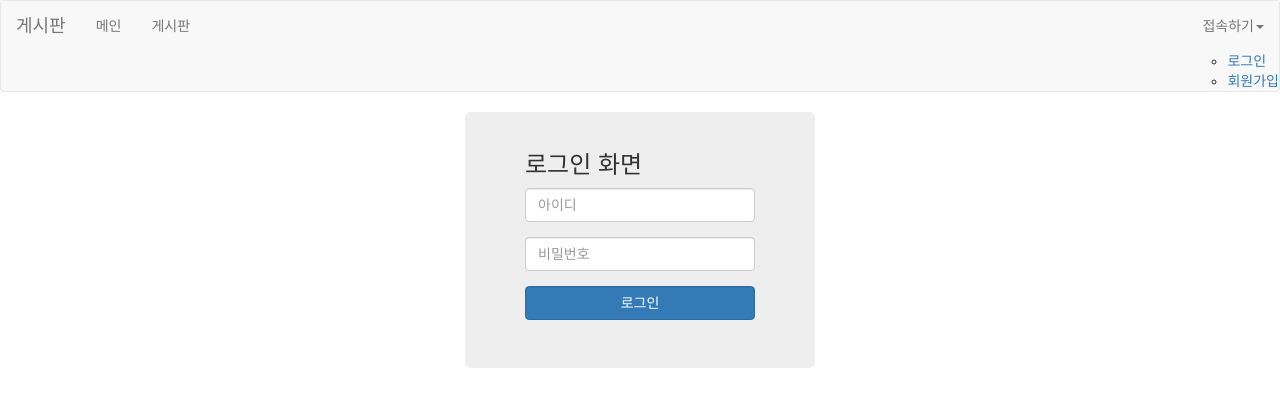
Repository: hojun324/myproject
Page: http://localhost/BBS/login.jsp
The author's editor kept a copy of each file at every save. The page is drawn from the files as they stood at one save, then again after the next save.
The browser window is 1280 px wide. The pictures show the whole page.
Some web libraries are served in a nearby version. The page is served by Tomcat 9.

Above is the page before, as saved 2021-04-16 08:39:31.

After the next save:
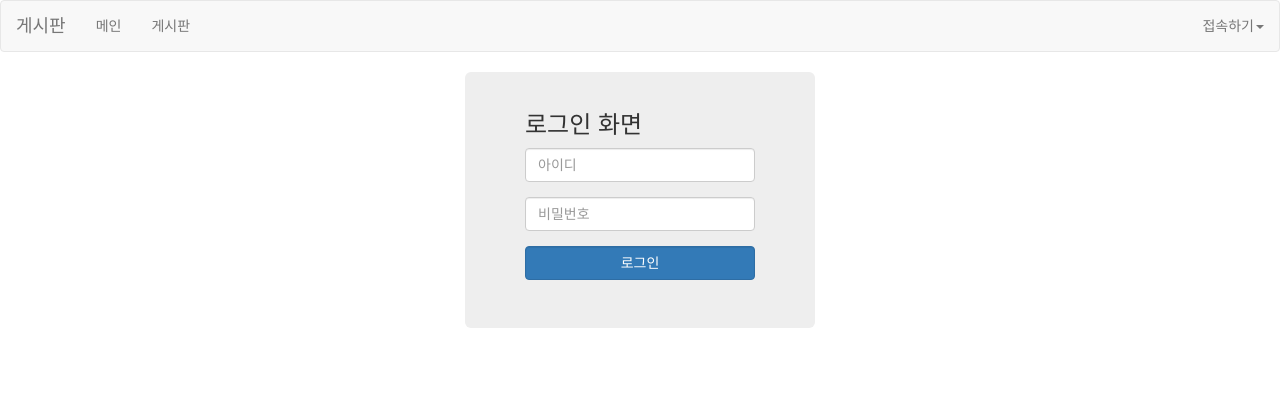
Saved 84 s later.
--- a/java/BBS/WebContent/login.jsp
+++ b/java/BBS/WebContent/login.jsp
@@ -29,7 +29,7 @@
 				<li class="dropdown"><a href="#" class="dropdownn-toggle"
 					data-toggle="dropdown" role="button" aria-haspopup="true"
 					aria-expanded="false">접속하기<span class="caret"></span></a>
-					<ul cla ss="dropdown-menu">
+					<ul class="dropdown-menu">
 						<li class="active"><a href="login.jsp">로그인</a></li>
 						<li><a href="join.jsp">회원가입</a></li>
 					</ul></li>
